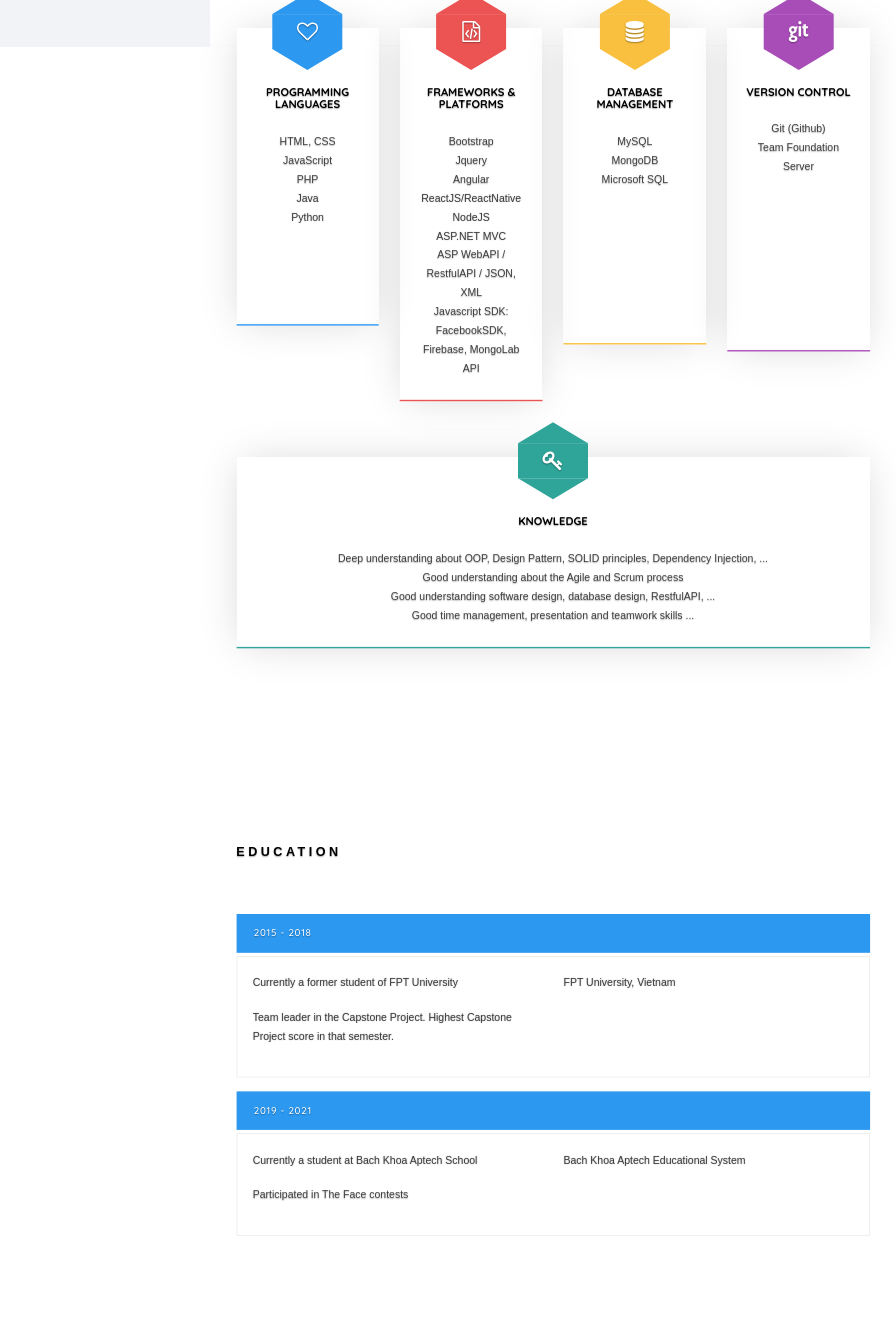
Repository: thinhnpptit/my-cv
Page: index.html
An editor plug-in stored every save of this project. The page is shown before and after the next save, followed by the edit.
The browser window is 1280 px wide. The pictures show the part of the page from y = 653 to 2573 px (the page is 4302 px tall before and 4248 px after), at 70% of full size.
Some web fonts or font styles are not loaded; a fallback is used.

Above is the page before, as saved 2021-06-22 22:11:18.
Console error: TypeError: $(...).stick_in_parent is not a function

### index.html

<!DOCTYPE HTML>
<html>
	<head>
	<meta charset="utf-8">
	<meta http-equiv="X-UA-Compatible" content="IE=edge">
	<title>MY CV</title>
	<meta name="viewport" content="width=device-width, initial-scale=1">
	<meta name="description" content="" />
	<meta name="keywords" content="" />
	<meta name="author" content="" />

  <!-- Facebook and Twitter integration -->
	<meta property="og:title" content=""/>
	<meta property="og:image" content=""/>
	<meta property="og:url" content=""/>
	<meta property="og:site_name" content=""/>
	<meta property="og:description" content=""/>
	<meta name="twitter:title" content="" />
	<meta name="twitter:image" content="" />
	<meta name="twitter:url" content="" />
	<meta name="twitter:card" content="" />

	<!-- Place favicon.ico and apple-touch-icon.png in the root directory -->
	<link rel="shortcut icon" href="favico.png">

	<link href="https://fonts.googleapis.com/css?family=Quicksand:300,400,500,700" rel="stylesheet">
	<link href="https://fonts.googleapis.com/css?family=Playfair+Display:400,400i,700" rel="stylesheet">

	<!-- Animate.css -->
	<link rel="stylesheet" href="css/animate.css">
	<!-- Icomoon Icon Fonts-->
	<link rel="stylesheet" href="css/icomoon.css">
	<!-- Bootstrap  -->
	<link rel="stylesheet" href="css/bootstrap.css">
	<!-- Flexslider  -->
	<link rel="stylesheet" href="css/flexslider.css">
	<!-- Flaticons  -->
	<link rel="stylesheet" href="fonts/flaticon/font/flaticon.css">
	<!-- Owl Carousel -->
	<link rel="stylesheet" href="css/owl.carousel.min.css">
	<link rel="stylesheet" href="css/owl.theme.default.min.css">
	<!-- Theme style  -->
	<link rel="stylesheet" href="css/style.css">
	<!-- Font Waresome -->
	<link rel="stylesheet" href="https://cdnjs.cloudflare.com/ajax/libs/font-awesome/4.7.0/css/font-awesome.min.css">

	<!-- Modernizr JS -->
	<script src="js/modernizr-2.6.2.min.js"></script>
	<!-- FOR IE9 below -->
	<!--[if lt IE 9]>
	<script src="js/respond.min.js"></script>
	<![endif]-->

	</head>
	<body>
	<div id="colorlib-page">
		<div class="container-wrap">
		<a href="#" class="js-colorlib-nav-toggle colorlib-nav-toggle" data-toggle="collapse" data-target="#navbar" aria-expanded="false" aria-controls="navbar"><i></i></a>
		<aside id="colorlib-aside" role="complementary" class="border js-fullheight">
			<div class="text-center">
				<div class="author-img" style="background-image: url(images/avatar.jpg);"></div>
				<h1 id="colorlib-logo"><a href="index.html">JOS HOANG TIEN</a></h1>
				<span class="position">Full Stack Web Developer</span>
			</div>
			<nav id="colorlib-main-menu" role="navigation" class="navbar">
				<div id="navbar" class="collapse">
					<ul>
						<li class="active"><a href="#" data-nav-section="about">About</a></li>
						<li><a href="#" data-nav-section="skills">Skills</a></li>
						<li><a href="#" data-nav-section="education">Education</a></li>
						<li><a href="#" data-nav-section="experience">Project</a></li>
						<li><a href="#" data-nav-section="contact">Contact</a></li>
					</ul>
				</div>
			</nav>

			<div class="colorlib-footer">
				<a href="https://github.com/lamsaodecode/cv/blob/master/cv.pdf" target="_blank" class="btn btn-primary btn-learn text-center">Download My CV <i class="fa fa-cloud-download" aria-hidden="true"></i></a>
			</div>

		</aside>

		<div id="colorlib-main">
			<section class="colorlib-about" data-section="about">
				<div class="colorlib-narrow-content">
					<div class="row">
						<div class="col-md-12">
							<div class="row row-bottom-padded-sm animate-box" data-animate-effect="fadeInLeft">
								<div class="col-md-12">
									<div class="about-desc">
										<span class="heading-meta">ABOUT</span>
										<h2 class="colorlib-heading">Who Am I?</h2>
										<p>I'm Nguyen Phu Thinh, a full stack developer with <strong>2 years of experience</strong> in Front-End Web Development (which includes <strong>1 years of experience</strong> in Back-End Development), with good knowledge of Object-Oriented
											Analysis and Design, Database Design, and Design Patterns.</p>
										<!-- <p>Learning new languages and technologies is what I am passionate about (I self-taught Django with 3 weeks). I am considered a team-player because I like to help other and tend to work well within groups. I can also do some mentoring tasks and do code reviewing for other team members.</p> -->
										<!-- <span>Target: -->
										</span>
									</div>
								</div>
							</div>
						</div>
					</div>
				</div>
			</section>


			<section class="colorlib-skills" data-section="skills">
				<div class="colorlib-narrow-content">
					<div class="row">
						<div class="col-md-6 col-md-offset-3 col-md-pull-3 ">
							<span class="heading-meta">SKILLS</span>
							<h2 class="colorlib-heading">MY SKILLS</h2>
						</div>
					</div>
					<div class="row row-pt-md">
						<div class="col-md-3 text-center animate-box">
							<div class="services color-1">
								<span class="icon">
									<i class="fa fa-heart-o" aria-hidden="true"></i>
								</span>
								<div class="desc">
									<h3>PROGRAMMING LANGUAGES</h3>
									<ul>
										<li>HTML, CSS</li>
										<li>JavaScript</li>
										<li>PHP</li>
										<li>Java</li>
										<li>Python</li>
										<br>
										<br>
										<br>
									</ul>
									<br>
								</div>
							</div>
						</div>
						<div class="col-md-3 text-center animate-box">
							<div class="services color-2">
								<span class="icon">
									<i class="fa fa-file-code-o" aria-hidden="true"></i>
								</span>
								<div class="desc">
									<h3>FRAMEWORKS & PLATFORMS
									</h3>
									<ul>
										<li>Bootstrap</li>
										<li>Jquery</li>
										<li>Angular</li>
										<li>ReactJS/ReactNative</li>
										<li>NodeJS</li>
										<li>ASP.NET MVC</li>
										<li>ASP WebAPI / RestfulAPI / JSON, XML</li>
										<li>Javascript SDK: FacebookSDK, Firebase, MongoLab API</li>
									</ul>
								</div>
							</div>
						</div>
						<div class="col-md-3 text-center animate-box">
							<div class="services color-3">
								<span class="icon">
									<i class="fa fa-database" aria-hidden="true"></i>
								</span>
								<div class="desc">
									<h3>Database Management</h3>
									<ul>
										<li>MySQL</li>
										<li>MongoDB</li>
										</li>Microsoft SQL</li>
										<br>
										<br>
										<br>
										<br>
										<br>
										<br>
										<br>
										<br>
									</ul>
								</div>
							</div>
						</div>
						<div class="col-md-3 text-center animate-box">
							<div class="services color-4">
								<span class="icon">
									<i class="fa fa-git" aria-hidden="true"></i>
								</span>
								<div class="desc">
									<h3>VERSION CONTROL</h3>
									<ul>
										<li>Git (Github)</li>
										<li>Team Foundation Server</li>
										<br>
										<br>
										<br>
										<br>
										<br>
										<br>
										<br>
										<br>
									</ul>
								</div>
							</div>
						</div>
						<div class="col-md-12 text-center animate-box">
							<div class="services color-5">
								<span class="icon">
									<i class="fa fa-key" aria-hidden="true"></i>
								</span>
								<div class="desc">
									<h3>KNOWLEDGE</h3>
									<ul>
										<li>Deep understanding about OOP, Design Pattern, SOLID principles, Dependency Injection, ...</li>
										<li>Good understanding about the Agile and Scrum process</li>
										<li>Good understanding software design, database design, RestfulAPI, ...</li>
										<li>Good time management, presentation and teamwork skills ...</li>
									</ul>
								</div>
							</div>
						</div>
					</div>
				</div>
			</section>



			<section class="colorlib-education" data-section="education">
				<div class="colorlib-narrow-content">
					<div class="row">
						<div class="col-md-6 col-md-offset-3 col-md-pull-3 animate-box" data-animate-effect="fadeInLeft">
							<h2 class="colorlib-heading animate-box">EDUCATION</h2>
						</div>
					</div>
					<div class="row">
						<div class="col-md-12 animate-box" data-animate-effect="fadeInLeft">
							<div class="fancy-collapse-panel">
								<div class="panel-group" id="accordion" role="tablist" aria-multiselectable="true">
									<div class="panel panel-default">
									    <div class="panel-heading" role="tab" id="headingOne">
									        <h4 class="panel-title">
									            <a data-toggle="collapse" data-parent="#accordion" href="#collapseOne" aria-expanded="true" aria-controls="collapseOne">2015 - 2018</a>
									        </h4>
									    </div>
									    <div id="collapseOne" class="panel-collapse collapse in" role="tabpanel" aria-labelledby="headingOne">
									         <div class="panel-body">
									            <div class="row">
										      		<div class="col-md-6">
														  <p>Currently a former student of FPT University</p>
														  <p>Team leader in the Capstone Project. Highest Capstone Project score in that semester.</p>
										      		</div>
										      		<div class="col-md-6">
										      			<p>FPT University, Vietnam</p>
										      		</div>
										      	</div>
									         </div>
									    </div>
									</div>
								</div>
							</div>

						</div>
					</div>
					<div class="row">
						<div class="col-md-12 animate-box" data-animate-effect="fadeInLeft">
							<div class="fancy-collapse-panel">
								<div class="panel-group" id="accordion" role="tablist" aria-multiselectable="true">
									<div class="panel panel-default">
									    <div class="panel-heading" role="tab" id="headingOne">
									        <h4 class="panel-title">
									            <a data-toggle="collapse" data-parent="#accordion" href="#collapseOne" aria-expanded="true" aria-controls="collapseOne">2019 - 2021</a>
									        </h4>
									    </div>
									    <div id="collapseOne" class="panel-collapse collapse in" role="tabpanel" aria-labelledby="headingOne">
									         <div class="panel-body">
									            <div class="row">
										      		<div class="col-md-6">
														  <p>Currently a student at Bach Khoa Aptech School</p>
														  <p>Participated in The Face contests</p>
										      		</div>
										      		<div class="col-md-6">
										      			<p>Bach Khoa Aptech Educational System</p>
										      		</div>
										      	</div>
									         </div>
									    </div>
									</div>
								</div>
							</div>

						</div>
					</div>
				</div>
			</section>

			<section class="colorlib-experience" data-section="experience">
				<div class="colorlib-narrow-content">
					<div class="row">
						<div class="col-md-6 col-md-offset-3 col-md-pull-3 animate-box" data-animate-effect="fadeInLeft">
							<h2 class="colorlib-heading animate-box">EXPERIENCES</h2>
						</div>
					</div>
					<div class="row">
						<div class="col-md-12">
				         <div class="timeline-centered">
					         <article class="timeline-entry animate-box" data-animate-effect="fadeInLeft">
					            <div class="timeline-entry-inner">
					               <div class="timeline-icon color-1">
										<i class="fa fa-pencil-square-o" aria-hidden="true"></i>
					               </div>

					               <div class="timeline-label">
					                  	<h2><a href="#">08/2016</a><span></span></h2>
										<p><strong>Project:</strong> Social Forum</p>
										<p><strong>Project Description:</strong> A free forum that provides lessons, fun activities, sharing experiences, and more. Interact whenever you want.</p>
										<p><strong>Team Size:</strong> 1</p>
										<p><strong>Accomplishments:</strong> Learned the optimization of each command line, the frameworks of each command line at execution</p>
										<p><strong>Technologies:</strong> HTML/CSS/JavaScript, Jquery, PHP, MySQL</p>
										<!-- <div class="text-center">
											<a name="" id="" class="btn btn-primary" href="#" role="button">View Page</a>
										</div> -->
										<div class="list-img text-center">
											<!-- Images -->
										</div>
								   </div>
								   <br>
								</div>
					         </article>
					      </div>
					   </div>
					   <div class="col-md-12">
						<div class="timeline-centered">
							<article class="timeline-entry animate-box" data-animate-effect="fadeInLeft">
							   <div class="timeline-entry-inner">
								  <div class="timeline-icon color-1">
										<i class="fa fa-pencil-square-o" aria-hidden="true"></i>
								  </div>

								  <div class="timeline-label">
										<h2><a href="#">2018 - PRESENT</a><span></span></h2>
									   <p>Join project development with the team</p>
									   <p>Teaching assistant at vteam</p>
									   <!-- <div class="text-center">
										   <a name="" id="" class="btn btn-primary" href="#" role="button">View Page</a>
									   </div> -->
									   <div class="list-img text-center">
										   <!-- Image -->
									   </div>
								  </div>
								  <br>
							   </div>
							</article>
						 </div>
					  </div>
				   </div>
				</div>
			</section>

			<section class="colorlib-contact" data-section="contact">
				<div class="colorlib-narrow-content">
					<div class="row">
						<div class="col-md-6 col-md-offset-3 col-md-pull-3 animate-box" data-animate-effect="fadeInLeft">
							<span class="heading-meta">CONTACT</span>
							<h2 class="colorlib-heading">My Contact</h2>
						</div>
					</div>
					<div class="row">
						<div class="col-md-12">
							<div class="colorlib-feature colorlib-feature-sm animate-box" data-animate-effect="fadeInLeft">
								<div class="colorlib-icon">
									<i class="fa fa-envelope-o" aria-hidden="true"></i>
								</div>
								<div class="colorlib-text">
									<p><a href="mailto:hoangtienaptech@gmail.com">hoangtienaptech@gmail.com</a></p>
								</div>
							</div>
							<div class="colorlib-feature colorlib-feature-sm animate-box" data-animate-effect="fadeInLeft">
								<div class="colorlib-icon">
									<i class="fa fa-map-marker" aria-hidden="true"></i>
								</div>
								<div class="colorlib-text">
									<p><a href="">238 Hoang Quoc Viet, Bac Tu Lien, Hanoi</a></p>
								</div>
							</div>
							<div class="colorlib-feature colorlib-feature-sm animate-box" data-animate-effect="fadeInLeft">
								<div class="colorlib-icon">
									<i class="fa fa-phone" aria-hidden="true"></i>
								</div>
								<div class="colorlib-text">
									<p><a href="tel:+84393932114">+84393932114</a></p>
								</div>
							</div>
						</div>
					</div>
				</div>
			</section>

		</div><!-- end:colorlib-main -->
	</div><!-- end:container-wrap -->
	</div><!-- end:colorlib-page -->

	<!-- jQuery -->
	<script src="js/jquery.min.js"></script>
	<!-- jQuery Easing -->
	<script src="js/jquery.easing.1.3.js"></script>
	<!-- Bootstrap -->
	<script src="js/bootstrap.min.js"></script>
	<!-- Waypoints -->
	<script src="js/jquery.waypoints.min.js"></script>
	<!-- Flexslider -->
	<script src="js/jquery.flexslider-min.js"></script>
	<!-- Owl carousel -->
	<script src="js/owl.carousel.min.js"></script>
	<!-- Counters -->
	<script src="js/jquery.countTo.js"></script>

	<!-- MAIN JS -->
	<script src="js/main.js"></script>

	</body>
</html>

### css/flexslider.css
/*
 * jQuery FlexSlider v2.6.0
 * http://www.woothemes.com/flexslider/
 *
 * Copyright 2012 WooThemes
 * Free to use under the GPLv2 and later license.
 * http://www.gnu.org/licenses/gpl-2.0.html
 *
 * Contributing author: Tyler Smith (@mbmufffin)
 *
 */
/* ====================================================================================================================
 * FONT-FACE
 * ====================================================================================================================*/
/*@font-face {
  font-family: 'flexslider-icon';
  src: url('fonts/flexslider-icon.eot');
  src: url('fonts/flexslider-icon.eot?#iefix') format('embedded-opentype'), url('fonts/flexslider-icon.woff') format('woff'), url('fonts/flexslider-icon.ttf') format('truetype'), url('fonts/flexslider-icon.svg#flexslider-icon') format('svg');
  font-weight: normal;
  font-style: normal;
}*/
/* ====================================================================================================================
 * RESETS
 * ====================================================================================================================*/
 .flex-container a:hover,
 .flex-slider a:hover {
   outline: none;
 }
 .slides,
 .slides > li,
 .flex-control-nav,
 .flex-direction-nav {
   margin: 0;
   padding: 0;
   list-style: none;
 }
 .flex-pauseplay span {
   text-transform: capitalize;
 }
 /* ====================================================================================================================
  * BASE STYLES
  * ====================================================================================================================*/
 .flexslider {
   margin: 0;
   padding: 0;
 }
 .flexslider .slides > li {
   display: none;
   -webkit-backface-visibility: hidden;
 }
 .flexslider .slides img {
   width: 100%;
   display: block;
 }
 .flexslider .slides:after {
   /*content: "\0020";*/
   display: block;
   clear: both;
   visibility: hidden;
   line-height: 0;
   height: 0;
 }
 html[xmlns] .flexslider .slides {
   display: block;
 }
 * html .flexslider .slides {
   height: 1%;
 }
 .no-js .flexslider .slides > li:first-child {
   display: block;
 }
 /* ====================================================================================================================
  * DEFAULT THEME
  * ====================================================================================================================*/
 .flexslider {
   margin: 0 0 60px;
   background: #ffffff;
   border: 4px solid #ffffff;
   position: relative;
   zoom: 1;
   -webkit-border-radius: 4px;
   -moz-border-radius: 4px;
   border-radius: 4px;
   -webkit-box-shadow: '' 0 1px 4px rgba(0, 0, 0, 0.2);
   -moz-box-shadow: '' 0 1px 4px rgba(0, 0, 0, 0.2);
   -o-box-shadow: '' 0 1px 4px rgba(0, 0, 0, 0.2);
   box-shadow: '' 0 1px 4px rgba(0, 0, 0, 0.2);
 }
 .flexslider .slides {
   zoom: 1;
 }
 .flexslider .slides img {
   height: auto;
   -moz-user-select: none;
 }
 .flex-viewport {
   max-height: 2000px;
   -webkit-transition: all 1s ease;
   -moz-transition: all 1s ease;
   -ms-transition: all 1s ease;
   -o-transition: all 1s ease;
   transition: all 1s ease;
 }
 .loading .flex-viewport {
   max-height: 300px;
 }
 .carousel li {
   margin-right: 5px;
 }
 .flex-direction-nav {
   *height: 0;
 }
 .flex-direction-nav a {
   text-decoration: none;
   display: block;
   width: 40px;
   height: 40px;
   margin: -20px 0 0;
   position: absolute;
   top: 50%;
   z-index: 10;
   overflow: hidden;
   opacity: 0;
   cursor: pointer;
   color: rgba(0, 0, 0, 0.8);
   text-shadow: 1px 1px 0 rgba(255, 255, 255, 0.3);
   -webkit-transition: all 0.3s ease-in-out;
   -moz-transition: all 0.3s ease-in-out;
   -ms-transition: all 0.3s ease-in-out;
   -o-transition: all 0.3s ease-in-out;
   transition: all 0.3s ease-in-out;
 }
 .flex-direction-nav a:before {
   font-family: "flexslider-icon";
   font-size: 40px;
   display: inline-block;
   content: '\f001';
   color: rgba(0, 0, 0, 0.8);
   text-shadow: 1px 1px 0 rgba(255, 255, 255, 0.3);
 }
 .flex-direction-nav a.flex-next:before {
   content: '\f002';
 }
 .flex-direction-nav .flex-prev {
   left: -50px;
 }
 .flex-direction-nav .flex-next {
   right: -50px;
   text-align: right;
 }
 .flexslider:hover .flex-direction-nav .flex-prev {
   opacity: 0.7;
   left: 10px;
 }
 .flexslider:hover .flex-direction-nav .flex-prev:hover {
   opacity: 1;
 }
 .flexslider:hover .flex-direction-nav .flex-next {
   opacity: 0.7;
   right: 10px;
 }
 .flexslider:hover .flex-direction-nav .flex-next:hover {
   opacity: 1;
 }
 .flex-direction-nav .flex-disabled {
   opacity: 0!important;
   filter: alpha(opacity=0);
   cursor: default;
   z-index: -1;
 }
 .flex-pauseplay a {
   display: block;
   width: 20px;
   height: 20px;
   position: absolute;
   bottom: 5px;
   left: 10px;
   opacity: 0.8;
   z-index: 10;
   overflow: hidden;
   cursor: pointer;
   color: #000;
 }
 .flex-pauseplay a:before {
   font-family: "flexslider-icon";
   font-size: 20px;
   display: inline-block;
   content: '\f004';
 }
 .flex-pauseplay a:hover {
   opacity: 1;
 }
 .flex-pauseplay a.flex-play:before {
   content: '\f003';
 }
 .flex-control-nav {
   width: 100%;
   position: absolute;
   bottom: -40px;
   text-align: center;
 }
 .flex-control-nav li {
   margin: 0 6px;
   display: inline-block;
   zoom: 1;
   *display: inline;
 }
 .flex-control-paging li a {
   width: 11px;
   height: 11px;
   display: block;
   background: #666;
   background: rgba(0, 0, 0, 0.5);
   cursor: pointer;
   text-indent: -9999px;
   -webkit-box-shadow: inset 0 0 3px rgba(0, 0, 0, 0.3);
   -moz-box-shadow: inset 0 0 3px rgba(0, 0, 0, 0.3);
   -o-box-shadow: inset 0 0 3px rgba(0, 0, 0, 0.3);
   box-shadow: inset 0 0 3px rgba(0, 0, 0, 0.3);
   -webkit-border-radius: 20px;
   -moz-border-radius: 20px;
   border-radius: 20px;
 }
 .flex-control-paging li a:hover {
   background: #333;
   background: rgba(0, 0, 0, 0.7);
 }
 .flex-control-paging li a.flex-active {
   background: #000;
   background: rgba(0, 0, 0, 0.9);
   cursor: default;
 }
 .flex-control-thumbs {
   margin: 5px 0 0;
   position: static;
   overflow: hidden;
 }
 .flex-control-thumbs li {
   width: 25%;
   float: left;
   margin: 0;
 }
 .flex-control-thumbs img {
   width: 100%;
   height: auto;
   display: block;
   opacity: .7;
   cursor: pointer;
   -moz-user-select: none;
   -webkit-transition: all 1s ease;
   -moz-transition: all 1s ease;
   -ms-transition: all 1s ease;
   -o-transition: all 1s ease;
   transition: all 1s ease;
 }
 .flex-control-thumbs img:hover {
   opacity: 1;
 }
 .flex-control-thumbs .flex-active {
   opacity: 1;
   cursor: default;
 }
 /* ====================================================================================================================
  * RESPONSIVE
  * ====================================================================================================================*/
 @media screen and (max-width: 860px) {
   .flex-direction-nav .flex-prev {
     opacity: 1;
     left: 10px;
   }
   .flex-direction-nav .flex-next {
     opacity: 1;
     right: 10px;
   }
 }

Loaded but not shown: css/animate.css (library); css/bootstrap.css (library); css/owl.carousel.min.css (library); css/owl.theme.default.min.css (common file); js/modernizr-2.6.2.min.js (library); js/jquery.min.js (library); js/jquery.easing.1.3.js (library); js/bootstrap.min.js (library); js/jquery.waypoints.min.js (library); js/jquery.flexslider-min.js (library); js/owl.carousel.min.js (library); js/jquery.countTo.js (library); js/main.js (310 lines, source omitted); css/style.css (1971 lines, source omitted)

After the next save:
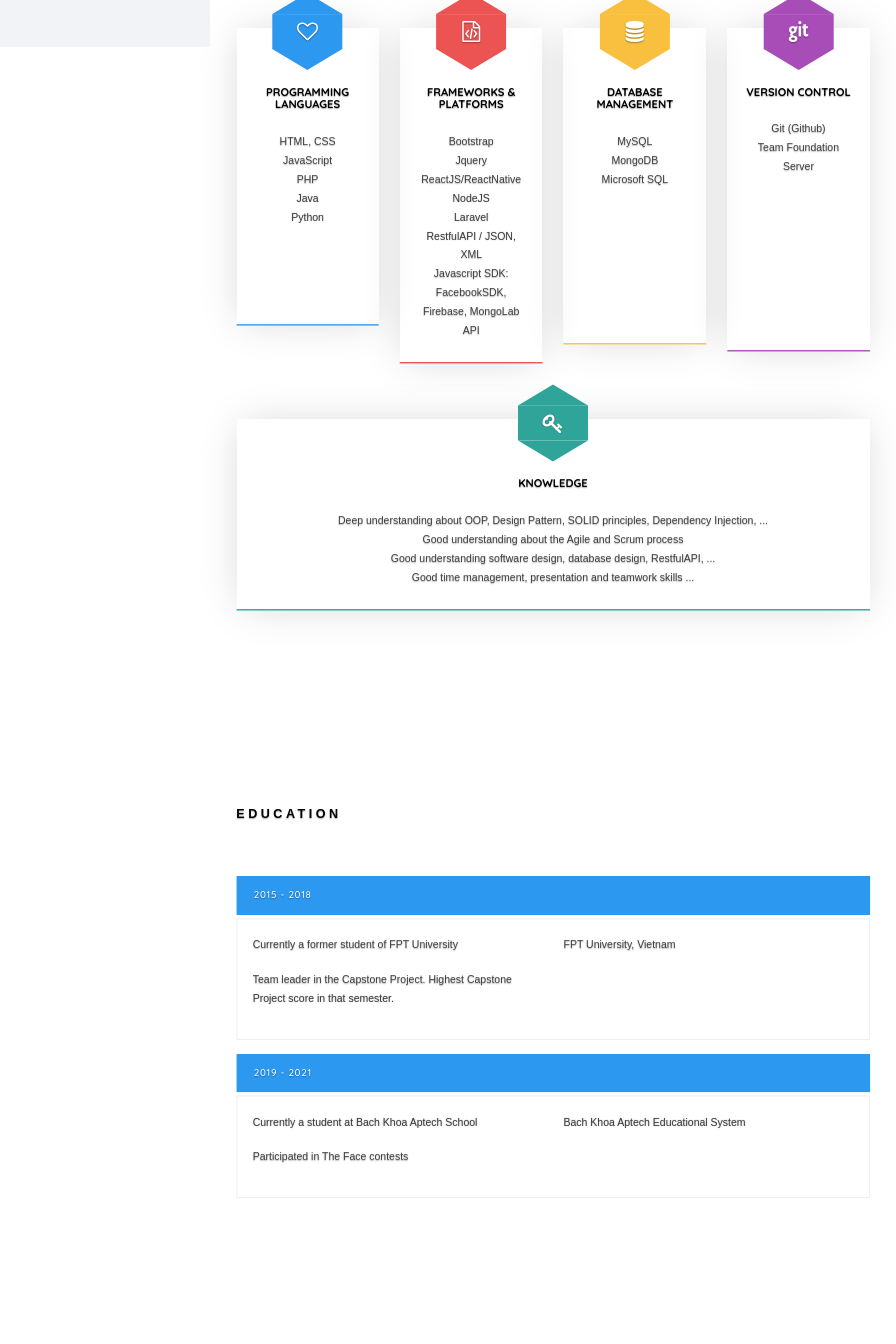
Saved 55 s later.
--- a/index.html
+++ b/index.html
@@ -146,11 +146,10 @@
 									<ul>
 										<li>Bootstrap</li>
 										<li>Jquery</li>
-										<li>Angular</li>
 										<li>ReactJS/ReactNative</li>
 										<li>NodeJS</li>
-										<li>ASP.NET MVC</li>
-										<li>ASP WebAPI / RestfulAPI / JSON, XML</li>
+										<li>Laravel</li>
+										<li>RestfulAPI / JSON, XML</li>
 										<li>Javascript SDK: FacebookSDK, Firebase, MongoLab API</li>
 									</ul>
 								</div>
